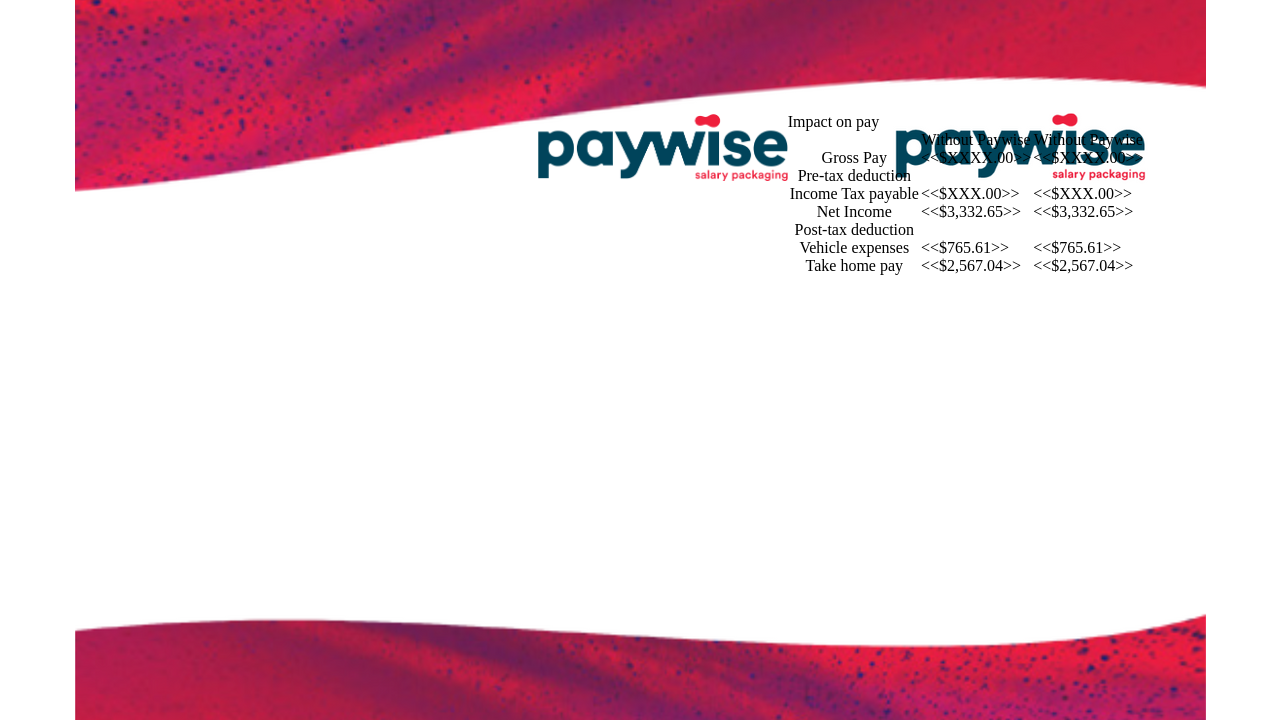
Repository: hoangtubest/novated-phong
Page: 2.html
An editor plug-in stored every save of this project. The page is shown before and after a run of saves, followed by the edit.
The browser window is 1280 px wide. The pictures show the whole page.
The style sheet was rebuilt from its Sass, Less or Tailwind sources for each picture, by a compiler version that may differ from the author's.

Above is the page before, as saved 2023-10-18 15:06:56.

After the next 2 saves:
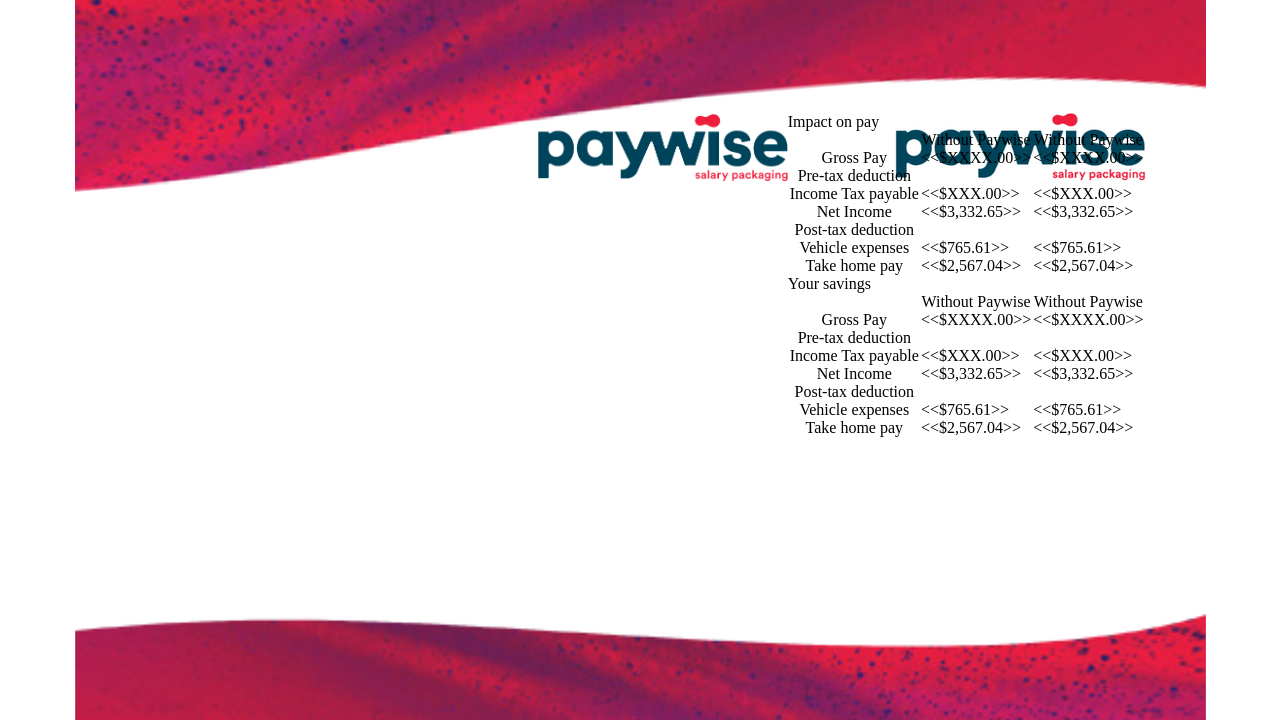
The 2 saves are shown as one change because they came seconds apart.
The last was saved 18 s later.
--- a/2.html
+++ b/2.html
@@ -88,6 +88,77 @@
                 </table>
               </div>
             </div>
+            <div class="pw-2-info__col">
+              <h2 class="pw-2-info__title">Your savings</h2>
+              <div class="pw-2-info__content">
+                <table class="table-01">
+                  <thead>
+                    <tr>
+                      <th>&nbsp;</th>
+                      <th>Without Paywise</th>
+                      <th>Without Paywise</th>
+                    </tr>
+                  </thead>
+                  <tbody>
+                    <tr>
+                      <th>Gross Pay</th>
+                      <td>
+                        <<$XXXX.00>>
+                      </td>
+                      <td>
+                        <<$XXXX.00>>
+                      </td>
+                    </tr>
+                    <tr>
+                      <th>Pre-tax deduction</th>
+                      <td>&nbsp;</td>
+                      <td>&nbsp;</td>
+                    </tr>
+                    <tr>
+                      <th>Income Tax payable</th>
+                      <td>
+                        <<$XXX.00>>
+                      </td>
+                      <td>
+                        <<$XXX.00>>
+                      </td>
+                    </tr>
+                    <tr>
+                      <th>Net Income</th>
+                      <td>
+                        <<$3,332.65>>
+                      </td>
+                      <td>
+                        <<$3,332.65>>
+                      </td>
+                    </tr>
+                    <tr>
+                      <th>Post-tax deduction</th>
+                      <td>&nbsp;</td>
+                      <td>&nbsp;</td>
+                    </tr>
+                    <tr>
+                      <th>Vehicle expenses</th>
+                      <td>
+                        <<$765.61>>
+                      </td>
+                      <td>
+                        <<$765.61>>
+                      </td>
+                    </tr>
+                    <tr>
+                      <th>Take home pay</th>
+                      <td>
+                        <<$2,567.04>>
+                      </td>
+                      <td>
+                        <<$2,567.04>>
+                      </td>
+                    </tr>
+                  </tbody>
+                </table>
+              </div>
+            </div>
           </div>
         </div>
       </div>
